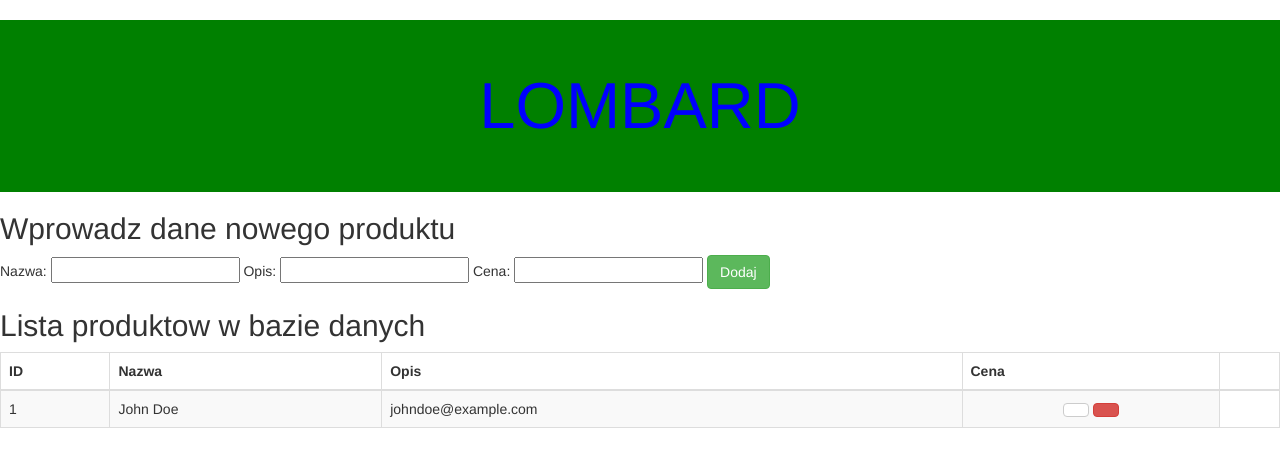
Repository: Hordix/CRUDapp
Page: Pulpit/Worspace/crudApplication1/src/main/resources/static/index.html
The author's editor kept a copy of each file at every save. The page is drawn from the files as they stood at one save, then again after the next save.
The browser window is 1280 px wide. The pictures show the whole page.
The page's requests for data from a server got no answer. Some web libraries are served in a nearby version.

Above is the page before, as saved 2017-08-31 12:05:32.

After the next save:
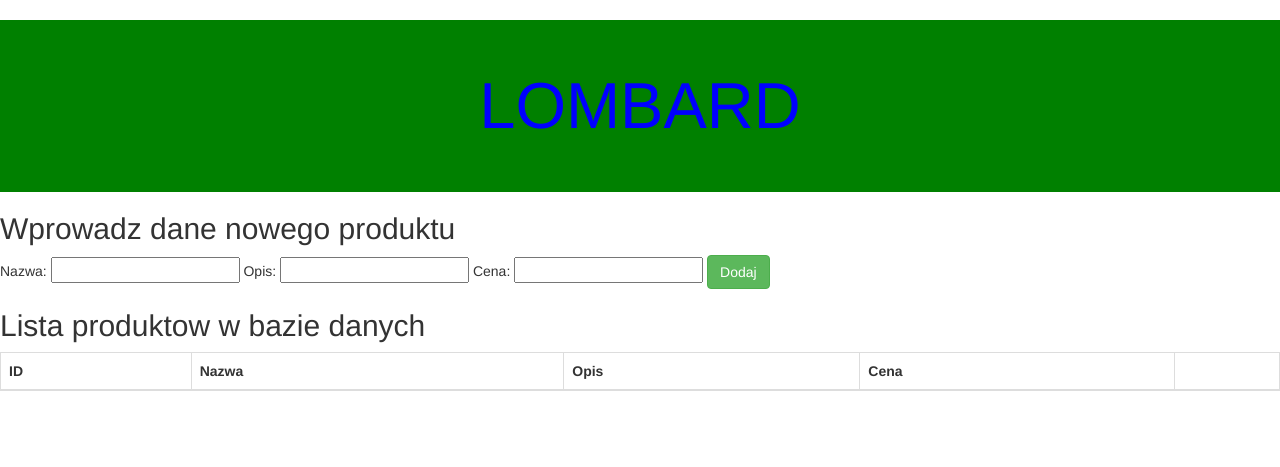
Saved 108 s later.
--- a/Pulpit/Worspace/crudApplication1/src/main/resources/static/index.html
+++ b/Pulpit/Worspace/crudApplication1/src/main/resources/static/index.html
@@ -45,11 +45,12 @@
                     </tr>
                   </thead>
                   <tbody>
-                          <tr>
+                          <tr ng-repeat="product in products">
 
-                            <td class="hidden-xs">1</td>
-                            <td>John Doe</td>
-                            <td>johndoe@example.com</td>
+                            <td class="hidden-xs">{{porduct.id}}</td>
+                            <td>{{product.name</td>
+                            <td>{{product.description</td>
+                            <td>{{porduct.price</td>
                             <td align="center">
                               <a class="btn btn-default"><em class="fa fa-pencil"></em></a>
                               <a class="btn btn-danger"><em class="fa fa-trash"></em></a>
